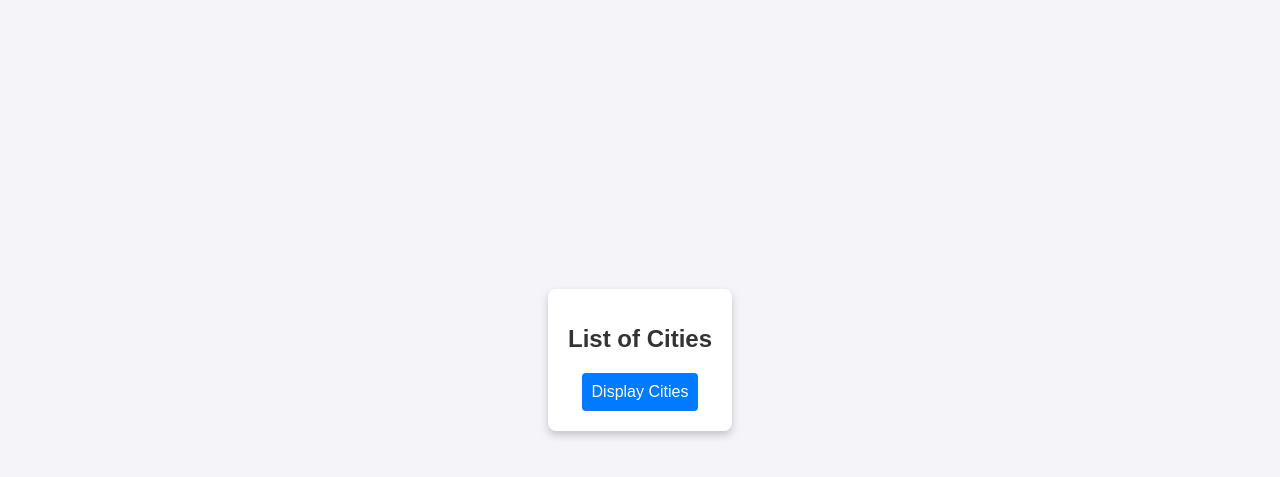
Repository: masonma21/city-list-app
Page: /
An editor plug-in stored every save of this project. The page is shown before and after the next save, followed by the edit.
The browser window is 1280 px wide. The pictures show the whole page.
The project was rebuilt for these pictures with package versions that can differ from the ones it lists, and the page was loaded fresh each time.

Above is the page before, as saved 2024-11-05 14:44:32.

### src/App.js
import React, { useState, useEffect } from 'react';
import './App.css';

function App() {
  const [cities, setCities] = useState([]);
  const [loading, setLoading] = useState(false);
  const [showCities, setShowCities] = useState(false); // New state to control showing cities
  const [query, setQuery] = useState('');
  const [sortKey, setSortKey] = useState('name');
  const [sortDirection, setSortDirection] = useState('ascending');

  // Function to handle button click to display cities
  const handleDisplayCities = () => {
    setLoading(true);
    setShowCities(false); // Ensure cities are hidden initially
    fetch('https://roots.thecompernolles.com/cities.json')
      .then((response) => response.json())
      .then((data) => {
        setCities(data);
        setTimeout(() => {
          setLoading(false);
          setShowCities(true); // Show cities after loading
        }, 500); // 0.5-second delay
      })
      .catch((error) => {
        console.error('Error fetching cities:', error);
        setLoading(false);
      });
  };

  const filteredCities = React.useMemo(() => {
    return cities.filter((city) => {
      return (
        city.name.toLowerCase().includes(query.toLowerCase()) ||
        city.state.toLowerCase().includes(query.toLowerCase())
      );
    });
  }, [cities, query]);

  const sortedCities = React.useMemo(() => {
    let sortableCities = [...filteredCities];
    sortableCities.sort((a, b) => {
      const aKey = a[sortKey].toLowerCase();
      const bKey = b[sortKey].toLowerCase();
      if (aKey < bKey) {
        return sortDirection === 'ascending' ? -1 : 1;
      }
      if (aKey > bKey) {
        return sortDirection === 'ascending' ? 1 : -1;
      }
      return 0;
    });
    return sortableCities;
  }, [filteredCities, sortKey, sortDirection]);

  if (loading) {
    return (
      <div className="loading-screen">
        <div className="spinner"></div>
        <h2>Loading cities...</h2>
      </div>
    );
  }

  return (
    <div className="container">
      <h1>List of Cities</h1>

      {/* Display Cities button */}
      {!showCities && (
        <button className="display-button" onClick={handleDisplayCities}>
          Display Cities
        </button>
      )}

      {/* Cities list and controls */}
      {showCities && (
        <>
          <div className="controls">
            <input
              type="text"
              placeholder="Filter cities"
              value={query}
              onChange={(e) => setQuery(e.target.value)}
            />

            <div className="sort-key">
              <label>
                <input
                  type="radio"
                  value="name"
                  checked={sortKey === 'name'}
                  onChange={(e) => setSortKey(e.target.value)}
                />
                Name
              </label>
              <label>
                <input
                  type="radio"
                  value="state"
                  checked={sortKey === 'state'}
                  onChange={(e) => setSortKey(e.target.value)}
                />
                State
              </label>
            </div>

            <button onClick={() => setSortDirection(sortDirection === 'ascending' ? 'descending' : 'ascending')}>
              Sort {sortDirection === 'ascending' ? 'Descending' : 'Ascending'}
            </button>
          </div>

          <ul>
            {sortedCities.map((city) => (
              <li key={city.id}>
                {city.name}, {city.state}
              </li>
            ))}
          </ul>
        </>
      )}
    </div>
  );
}

export default App;

### src/App.css
/* App.css */

body {
  font-family: Arial, sans-serif;
  background-color: #f4f4f9;
  margin: 0;
  display: flex;
  align-items: center;
  justify-content: center;
  height: 100vh;
}

.container {
  max-width: 400px;
  background-color: #ffffff;
  border-radius: 8px;
  box-shadow: 0 4px 8px rgba(0, 0, 0, 0.2);
  padding: 20px;
  text-align: center;
}

h1 {
  font-size: 24px;
  color: #333333;
  margin-bottom: 20px;
}

.controls {
  display: flex;
  flex-direction: column;
  gap: 10px;
  margin-bottom: 20px;
}

input[type="text"] {
  width: 100%;
  padding: 8px 12px;
  font-size: 16px;
  border: 1px solid #ccc;
  border-radius: 4px;
  box-sizing: border-box;
}

.sort-key {
  display: flex;
  justify-content: center;
  gap: 10px;
}

.sort-key label {
  font-size: 16px;
  color: #555555;
}

.sort-key input[type="radio"] {
  margin-right: 5px;
}

button {
  padding: 10px;
  font-size: 16px;
  color: #ffffff;
  background-color: #007bff;
  border: none;
  border-radius: 4px;
  cursor: pointer;
  transition: background-color 0.3s ease;
}

button:hover {
  background-color: #0056b3;
}

ul {
  list-style-type: none;
  padding: 0;
}

li {
  font-size: 18px;
  color: #333333;
  padding: 8px 0;
  border-bottom: 1px solid #eee;
}

li:last-child {
  border-bottom: none;
}

Loaded but not shown: public/index.html (common file); src/index.js (common file); src/index.css (common file); src/reportWebVitals.js (common file)

After the next save:
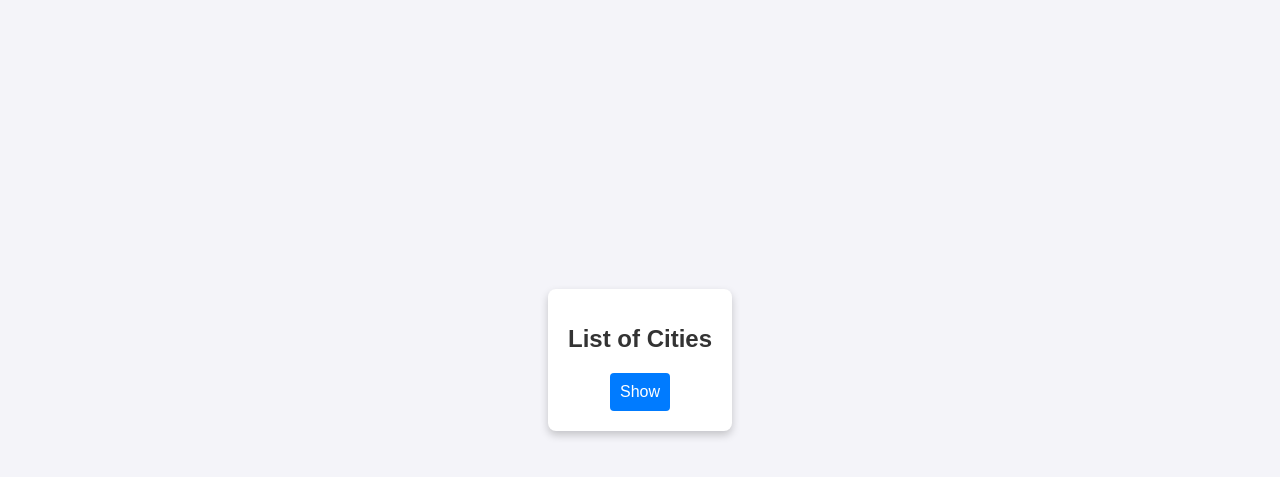
Saved 92 s later.
--- a/src/App.js
+++ b/src/App.js
@@ -69,7 +69,7 @@ function App() {
       {/* Display Cities button */}
       {!showCities && (
         <button className="display-button" onClick={handleDisplayCities}>
-          Display Cities
+          Show
         </button>
       )}
 
